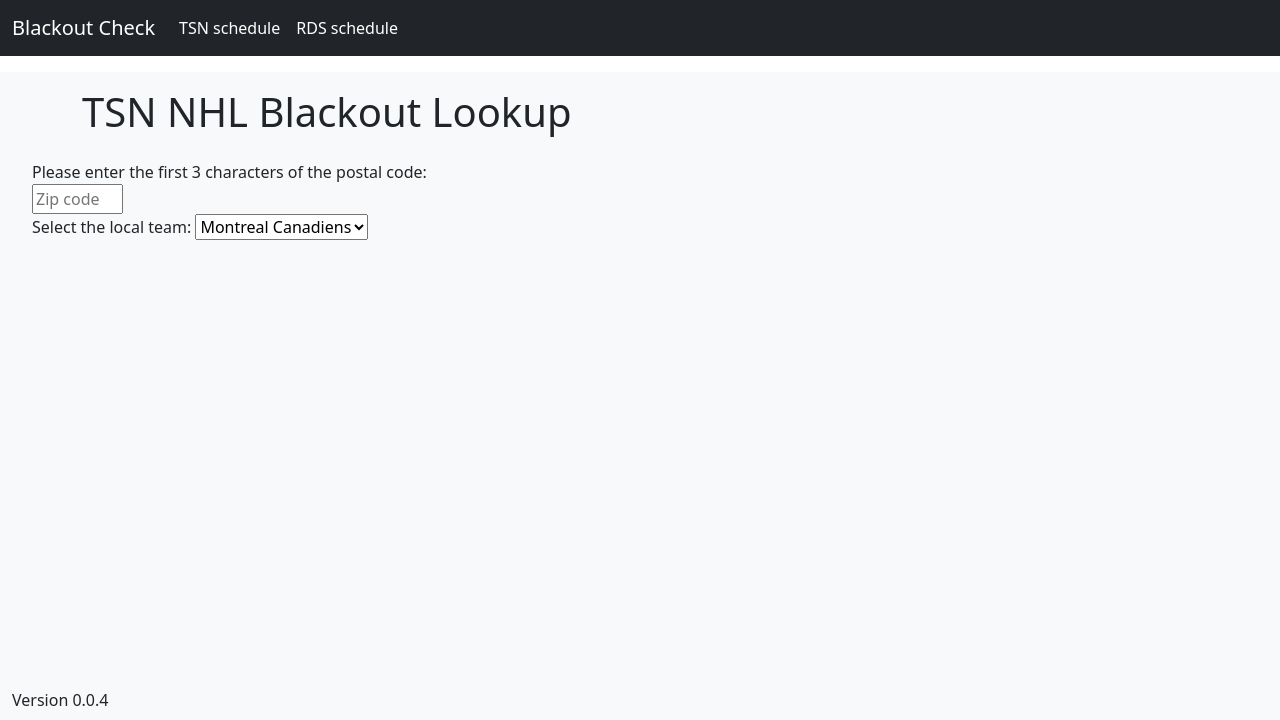
Repository: teban004/blackoutCheck
Page: index.html
These files come from the project's save history. The page is drawn as it stood at one moment and after the next save; the edit follows.
The browser window is 1280 px wide. The pictures show the whole page.

Above is the page before, as saved 2022-01-14 16:10:05.

After the next save:
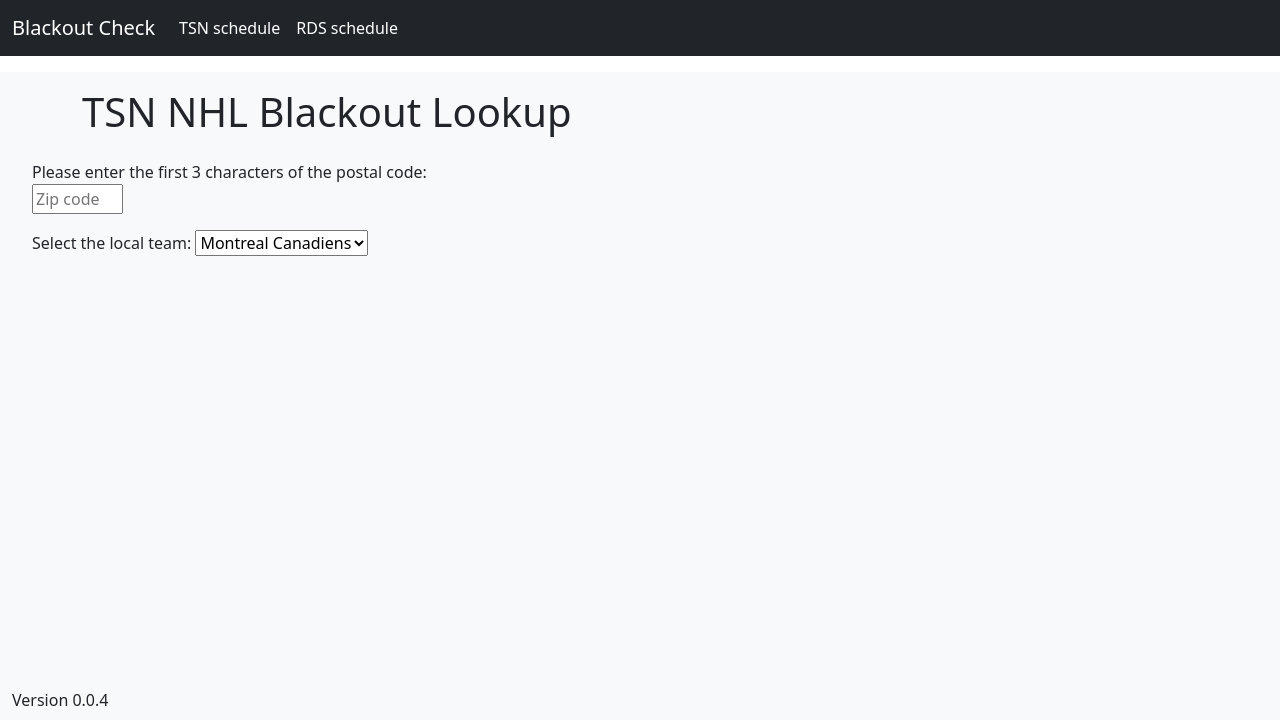
Saved 69 s later.
--- a/index.html
+++ b/index.html
@@ -45,14 +45,19 @@
 		<div class="row">
 			<div class="col-md-5">
 				<div class="container p-3">
-					Please enter the first 3 characters of the postal code: <input type="text" name="zipCode" id="zipCode" maxlength="3" size="4" placeholder="Zip code">
-					<br>Select the local team:
-					<select name="team" id="team">
-						<option value="Canadiens">Montreal Canadiens</option>
-						<option value="Leafs">Toronto Leafs</option>
-						<option value="Senators">Ottawa Senators</option>
-						<option value="Jets">Winnipeg Jets</option>
-					</select>
+					<p>
+						Please enter the first 3 characters of the postal code:
+						<input type="text" name="zipCode" id="zipCode" maxlength="3" size="4" placeholder="Zip code">
+					</p>
+					<p>
+						Select the local team:
+						<select name="team" id="team">
+							<option value="Canadiens">Montreal Canadiens</option>
+							<option value="Leafs">Toronto Leafs</option>
+							<option value="Senators">Ottawa Senators</option>
+							<option value="Jets">Winnipeg Jets</option>
+						</select>
+					</p>
 				</div>
 			</div>
 			<div class="col-md-8">
